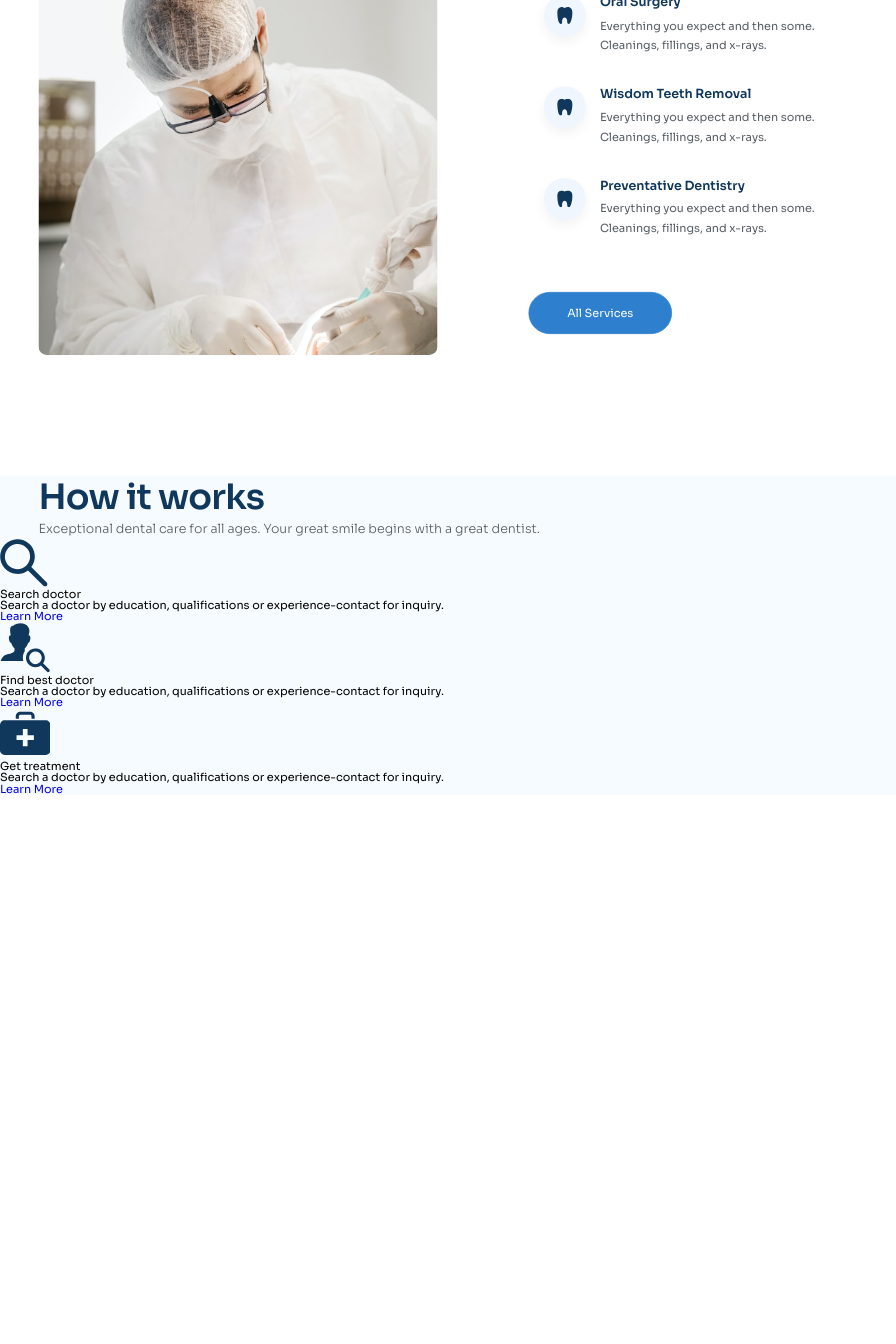
Repository: Tran-Dat/F8_Project_03
Page: index.html
These files come from the project's save history. The page is drawn as it stood at one moment and after the next save; the edit follows.
The browser window is 1280 px wide. The pictures show the part of the page from y = 1223 to 3143 px (the page is 3800 px tall), at 70% of full size.

Above is the page before, as saved 2023-04-03 15:41:21.

### index.html
<!DOCTYPE html>
<html lang="en">
    <head>
        <meta charset="UTF-8" />
        <meta http-equiv="X-UA-Compatible" content="IE=edge" />
        <meta name="viewport" content="width=device-width, initial-scale=1.0" />
        <title>shine smile</title>

        <!-- Favicon -->
        <link rel="apple-touch-icon" sizes="57x57" href="./assets/favicon/" />
        <link
            rel="apple-touch-icon"
            sizes="60x60"
            href="./assets/favicon/apple-icon-60x60.png"
        />
        <link
            rel="apple-touch-icon"
            sizes="72x72"
            href="./assets/favicon/apple-icon-72x72.png"
        />
        <link
            rel="apple-touch-icon"
            sizes="76x76"
            href="./assets/favicon/apple-icon-76x76.png"
        />
        <link
            rel="apple-touch-icon"
            sizes="114x114"
            href="./assets/favicon/apple-icon-114x114.png"
        />
        <link
            rel="apple-touch-icon"
            sizes="120x120"
            href="./assets/favicon/apple-icon-120x120.png"
        />
        <link
            rel="apple-touch-icon"
            sizes="144x144"
            href="./assets/favicon/apple-icon-144x144.png"
        />
        <link
            rel="apple-touch-icon"
            sizes="152x152"
            href="./assets/favicon/apple-icon-152x152.png"
        />
        <link
            rel="apple-touch-icon"
            sizes="180x180"
            href="./assets/favicon/apple-icon-180x180.png"
        />
        <link
            rel="icon"
            type="image/png"
            sizes="192x192"
            href="./assets/favicon/android-icon-192x192.png"
        />
        <link
            rel="icon"
            type="image/png"
            sizes="32x32"
            href="./assets/favicon/favicon-32x32.png"
        />
        <link
            rel="icon"
            type="image/png"
            sizes="96x96"
            href="./assets/favicon/favicon-96x96.png"
        />
        <link
            rel="icon"
            type="image/png"
            sizes="16x16"
            href="./assets/favicon/favicon-16x16.png"
        />
        <link rel="manifest" href="./assets/favicon/manifest.json" />
        <meta name="msapplication-TileColor" content="#ffffff" />
        <meta
            name="msapplication-TileImage"
            content="./assets/favicon/ms-icon-144x144.png"
        />
        <meta name="theme-color" content="#ffffff" />

        <!-- Emmet Fonts -->
        <link rel="preconnect" href="https://fonts.googleapis.com" />
        <link rel="preconnect" href="https://fonts.gstatic.com" crossorigin />
        <link
            href="https://fonts.googleapis.com/css2?family=Sora:wght@300;400;500;600;700;800&display=swap"
            rel="stylesheet"
        />

        <!-- Reset Css -->
        <link rel="stylesheet" href="./assets/css/reset.css" />
        <link rel="stylesheet" href="./assets/css/style.css" />
    </head>
    <body>
        <!-- Header -->
        <header class="header">
            <div class="container">
                <!-- Header top -->
                <div class="header-top">
                    <!-- Logo -->
                    <a href="/">
                        <div class="logo">
                            <span class="logo__circle"> </span>
                            <span class="logo__text">
                                <span class="logo__brand">Shine</span>
                                <span class="logo__brand logo__brand--small">
                                    smile
                                </span>
                            </span>
                        </div>
                    </a>

                    <!-- NavBar -->
                    <nav class="navbar">
                        <ul class="navbar__list">
                            <li class="navbar__item">
                                <a
                                    href="#!"
                                    class="navbar__link navbar__item--active"
                                >
                                    Home
                                </a>
                            </li>
                            <li class="navbar__item">
                                <a href="#!" class="navbar__link">Services</a>
                            </li>
                            <li class="navbar__item">
                                <a href="#!" class="navbar__link">About</a>
                            </li>
                            <li class="navbar__item">
                                <a href="#!" class="navbar__link">Doctors</a>
                            </li>
                        </ul>
                    </nav>

                    <!-- Action -->
                    <div class="header-action">
                        <a href="" class="header-action__login">Log In</a>
                        <button href="" class="btn header-action__signup">
                            Sign Up
                        </button>
                    </div>
                </div>

                <!-- Hero -->
                <section class="hero">
                    <!-- Hero content -->
                    <section class="hero__content">
                        <h1 class="hero__heading">
                            Exceptional dental care for all ages.
                        </h1>
                        <p class="hero__desc">
                            Exceptional dental care for all ages. Your great
                            smile begins with a great dentist.
                        </p>
                        <div class="hero__row">
                            <a href="" class="btn">Book Online</a>
                            <span class="hero__phone"
                                >or call (123) 456-7890</span
                            >
                        </div>
                    </section>

                    <!-- Hero media -->
                    <div class="hero__media">
                        <figure class="hero__images">
                            <img
                                src="./assets/img/hero-01.jpg"
                                alt=""
                                class="hero__img"
                            />
                            <img
                                src="./assets/img/hero-02.jpg"
                                alt=""
                                class="hero__img"
                            />
                        </figure>
                    </div>
                </section>
            </div>
        </header>

        <main style="height: 3000px">
            <!-- Service -->
            <section class="service">
                <div class="container">
                    <h2 class="service__heading section-heading">
                        Our services
                    </h2>
                    <p class="service__desc section-desc">
                        Exceptional dental care for all ages. Your great smile
                        begins with a great dentist.
                    </p>

                    <div class="service__row">
                        <figure>
                            <img
                                src="./assets/img/hero-01.jpg"
                                alt=""
                                class="service__img"
                            />
                        </figure>

                        <div>
                            <!-- Service List -->
                            <div class="service__list">
                                <!-- Service item 1 -->
                                <section class="service-item">
                                    <div class="service-item__icon">
                                        <!-- icon -->
                                        <svg
                                            width="22"
                                            height="24"
                                            viewBox="0 0 22 24"
                                            fill="none"
                                            xmlns="http://www.w3.org/2000/svg"
                                        >
                                            <path
                                                d="M20.3598 2.63964C17.9506 -0.556131 14.2772 -0.568132 11.2481 1.10682C11.001 1.24657 10.7219 1.31411 10.4406 1.30222C10.1592 1.29033 9.88633 1.19945 9.65105 1.03931C8.49552 0.245717 7.29036 -0.316477 5.13904 0.207462C0.623408 1.3071 0 4.90379 0 8.99816C0.0797353 12.1602 0.500857 15.3032 1.25551 18.3683C2.11836 22.0168 3.90382 24 5.43354 24C6.96326 24 7.00963 22.2204 7.00963 20.8016C7.00963 19.2009 7.39505 14.8009 10.8642 14.8009C13.5317 14.8009 14.3333 18.4013 14.3333 20.8016C14.3329 23.095 15.1722 24 16.6628 24C19.5267 24 20.9796 15.3938 21.3719 13.1237C21.7642 10.8535 22.9882 6.12569 20.3598 2.63964Z"
                                                fill="currentColor"
                                            />
                                        </svg>
                                    </div>

                                    <div class="service-item__body">
                                        <h3 class="service-item__heading">
                                            Oral Surgery
                                        </h3>
                                        <p class="service-item__desc">
                                            Everything you expect and then some.
                                            Cleanings, fillings, and x-rays.
                                        </p>
                                    </div>
                                </section>

                                <!-- Service item 2 -->
                                <section class="service-item">
                                    <div class="service-item__icon">
                                        <!-- icon -->
                                        <svg
                                            width="22"
                                            height="24"
                                            viewBox="0 0 22 24"
                                            fill="none"
                                            xmlns="http://www.w3.org/2000/svg"
                                        >
                                            <path
                                                d="M20.3598 2.63964C17.9506 -0.556131 14.2772 -0.568132 11.2481 1.10682C11.001 1.24657 10.7219 1.31411 10.4406 1.30222C10.1592 1.29033 9.88633 1.19945 9.65105 1.03931C8.49552 0.245717 7.29036 -0.316477 5.13904 0.207462C0.623408 1.3071 0 4.90379 0 8.99816C0.0797353 12.1602 0.500857 15.3032 1.25551 18.3683C2.11836 22.0168 3.90382 24 5.43354 24C6.96326 24 7.00963 22.2204 7.00963 20.8016C7.00963 19.2009 7.39505 14.8009 10.8642 14.8009C13.5317 14.8009 14.3333 18.4013 14.3333 20.8016C14.3329 23.095 15.1722 24 16.6628 24C19.5267 24 20.9796 15.3938 21.3719 13.1237C21.7642 10.8535 22.9882 6.12569 20.3598 2.63964Z"
                                                fill="currentColor"
                                            />
                                        </svg>
                                    </div>

                                    <div class="service-item__body">
                                        <h3 class="service-item__heading">
                                            Wisdom Teeth Removal
                                        </h3>
                                        <p class="service-item__desc">
                                            Everything you expect and then some.
                                            Cleanings, fillings, and x-rays.
                                        </p>
                                    </div>
                                </section>

                                <!-- Service item 3 -->
                                <section class="service-item">
                                    <div class="service-item__icon">
                                        <!-- icon -->
                                        <svg
                                            width="22"
                                            height="24"
                                            viewBox="0 0 22 24"
                                            fill="none"
                                            xmlns="http://www.w3.org/2000/svg"
                                        >
                                            <path
                                                d="M20.3598 2.63964C17.9506 -0.556131 14.2772 -0.568132 11.2481 1.10682C11.001 1.24657 10.7219 1.31411 10.4406 1.30222C10.1592 1.29033 9.88633 1.19945 9.65105 1.03931C8.49552 0.245717 7.29036 -0.316477 5.13904 0.207462C0.623408 1.3071 0 4.90379 0 8.99816C0.0797353 12.1602 0.500857 15.3032 1.25551 18.3683C2.11836 22.0168 3.90382 24 5.43354 24C6.96326 24 7.00963 22.2204 7.00963 20.8016C7.00963 19.2009 7.39505 14.8009 10.8642 14.8009C13.5317 14.8009 14.3333 18.4013 14.3333 20.8016C14.3329 23.095 15.1722 24 16.6628 24C19.5267 24 20.9796 15.3938 21.3719 13.1237C21.7642 10.8535 22.9882 6.12569 20.3598 2.63964Z"
                                                fill="currentColor"
                                            />
                                        </svg>
                                    </div>

                                    <div class="service-item__body">
                                        <h3 class="service-item__heading">
                                            Preventative Dentistry
                                        </h3>
                                        <p class="service-item__desc">
                                            Everything you expect and then some.
                                            Cleanings, fillings, and x-rays.
                                        </p>
                                    </div>
                                </section>
                            </div>

                            <a href="" class="btn">All Services</a>
                        </div>
                    </div>
                </div>
            </section>

            <!-- Work -->
            <section class="work">
                <div class="container">
                    <h2 class="section-heading">How it works</h2>
                    <p class="section-desc">
                        Exceptional dental care for all ages. Your great smile
                        begins with a great dentist.
                    </p>
                </div>

                <!-- Work List -->
                <div class="work__list">
                    <!-- work item 1 -->
                    <section class="work-item">
                        <img
                            src="./assets/icon/search.svg"
                            alt="search"
                            class="work-item__icon"
                        />
                        <h3 class="work-item__heading">Search doctor</h3>
                        <p class="work-item__desc">
                            Search a doctor by education, qualifications or
                            experience-contact for inquiry.
                        </p>
                        <a href="#!" class="work__more">Learn More</a>
                    </section>

                    <!-- work item 2 -->
                    <section class="work-item">
                        <img
                            src="./assets/icon/search-use.svg"
                            alt="search"
                            class="work-item__icon"
                        />
                        <h3 class="work-item__heading">Find best doctor</h3>
                        <p class="work-item__desc">
                            Search a doctor by education, qualifications or
                            experience-contact for inquiry.
                        </p>
                        <a href="#!" class="work__more">Learn More</a>
                    </section>

                    <!-- work item 3 -->
                    <section class="work-item">
                        <img
                            src="./assets/icon/bag.svg"
                            alt="search"
                            class="work-item__icon"
                        />
                        <h3 class="work-item__heading">Get treatment</h3>
                        <p class="work-item__desc">
                            Search a doctor by education, qualifications or
                            experience-contact for inquiry.
                        </p>
                        <a href="#!" class="work__more">Learn More</a>
                    </section>
                </div>
            </section>
        </main>
    </body>
</html>

### assets/css/style.css
* {
    box-sizing: border-box;
}

:root {
    --header-bg: #10375c;
}

html {
    font-size: 62.5%;
}

body {
    font-size: 1.6rem;
    font-family: "Sora", sans-serif;
}

/* ================================================================ Common ================================================================ */

.btn {
    --height: 60px;

    display: inline-block;
    min-width: 205px;
    height: var(--height);
    padding: 0 20px;
    border-radius: 99px;
    border: 1px solid #2e80ce;
    font-size: 1.6rem;
    font-weight: 400;
    text-align: center;
    line-height: var(--height);
    color: #fff;
    background: #2e80ce;
}

.btn:hover {
    opacity: 0.9;
    cursor: pointer;
}

a {
    text-decoration: none;
}

.container {
    width: 1170px;
    max-width: calc(100% - 48px);
    margin: 0 auto;
}

.section-heading {
    font-weight: 600;
    font-size: 5rem;
    line-height: 1.2;
    letter-spacing: -0.02em;
    color: #10375c;
}

.section-desc {
    font-weight: 300;
    font-size: 1.8rem;
    line-height: 1.67;
    color: #575f66;
}

/* ================================================================ Header ================================================================ */

.header {
    min-height: 100vh;
    background: var(--header-bg);
    padding-top: 30px;
}

.header-top {
    display: flex;
    justify-content: space-between;
    align-items: center;
}

.logo {
    display: inline-flex;
    position: relative;
    font-size: 1rem;
}

.logo__circle::before,
.logo__circle::after {
    content: "";
    display: inline-block;
    border-radius: 50%;
}

.logo__circle::before {
    width: 3em;
    height: 3em;
    background: #2e80ce;
}

.logo__circle::after {
    position: absolute;
    top: 1.1em;
    left: 1.1em;
    width: 1.6em;
    height: 1.6em;
    background: #fff;
}

.logo__text {
    margin-left: 0.6em;
    text-align: right;
    line-height: 1.6em;
}

.logo__brand {
    display: block;
    font-size: 1.8em;
    font-weight: 400;
    color: #fff;
}

.logo__brand--small {
    font-size: 1.2em;
    font-weight: 300;
}

.navbar__list {
    display: flex;
}

.header-action__login,
.navbar__link {
    padding: 4px 21px;
    font-weight: 300;
    font-size: 1.6rem;
    line-height: 1.75;
    color: #c9d2da;
}

.navbar__link:hover,
.navbar__item--active {
    text-shadow: 1px 0 0 currentColor;
    color: #fff;
}

.navbar__item--active::before {
    position: relative;
    left: -8px;
    top: -2px;
    content: "";
    display: inline-block;
    width: 6px;
    height: 6px;
    border-radius: 50%;
    background-color: #fff;
}

.header-action {
    display: flex;
    align-items: center;
}

.header-action__login {
    margin-right: 7px;
}

.header-action__signup {
    --height: 44px;
    height: var(--height);
    min-width: 104px;
}

/* ========================================== Hero =========================================== */

.hero {
    margin-top: 76px;
    display: flex;
    align-items: center;
    padding-bottom: 110px;
}

/*           Hero content             */
.hero__content {
    flex-shrink: 0;
    width: 44%;
}

.hero__heading {
    font-weight: 600;
    font-size: 7rem;
    line-height: 1.14;
    letter-spacing: -0.02em;
    color: #ffffff;
}

.hero__desc {
    margin-top: 22px;
    font-weight: 300;
    font-size: 1.8rem;
    line-height: 1.67;
    color: #c9d2da;
}

.hero__row {
    display: flex;
    align-items: center;
    margin-top: 38px;
}

.hero__phone {
    margin-left: 38px;
    font-size: 1.8rem;
    line-height: 1.67;
    color: #ffffff;
}

/*           Hero media             */
.hero__media {
    flex-grow: 1;
}

.hero__images {
    display: flex;
    justify-content: flex-end;
    align-items: center;
}

.hero__img {
    width: 330px;
    height: 540px;
    border-radius: 6px;
    object-fit: cover;
}

.hero__img:first-child {
    position: relative;
    margin-right: -6px;
}

.hero__img:last-child {
    width: 210px;
    height: 410px;
}

/* ================================================================ Service ================================================================ */

.service {
    padding: 170px 0;
}

.service__heading,
.service__desc {
    text-align: center;
}

.service__desc {
    max-width: 468px;
    margin-left: auto;
    margin-right: auto;
}

.service__row {
    display: flex;
    justify-content: space-between;
    align-items: center;
    margin-top: 70px;
}

.service__img {
    height: 570px;
    width: 570px;
    object-fit: cover;
    border-radius: 12px;
}

/*******************service item*******************/
.service-item {
    display: flex;
    padding: 22px;
    width: 470px;
    background: #ffffff;
    border-radius: 10px;
    transition: 0.3s;
}

.service-item:hover {
    position: relative;
    box-shadow: 0px 14px 28px rgba(0, 0, 0, 0.05);
}

.service-item:hover .service-item__icon {
    background: #2e80ce;
    color: #fff;
}

.service-item__icon {
    display: flex;
    align-items: center;
    justify-content: center;
    flex-shrink: 0;
    width: 60px;
    height: 60px;
    background: #eff6fd;
    color: #10375c;
    box-shadow: 0px 8px 16px rgba(0, 0, 0, 0.05);
    border-radius: 50px;
}

.service-item__body {
    margin-left: 20px;
}

.service-item__heading {
    font-weight: 600;
    font-size: 1.8rem;
    line-height: 1.27;
    color: #10375c;
}

.service-item__desc {
    margin-top: 8px;
    font-size: 1.6rem;
    line-height: 1.75;
    color: #575f66;
}

.service__row .btn {
    margin-top: 55px;
}

/* ========================================== Work =========================================== */

.work {
    background: #f6fbff;
}

Loaded but not shown: assets/css/reset.css (common file)

After the next save:
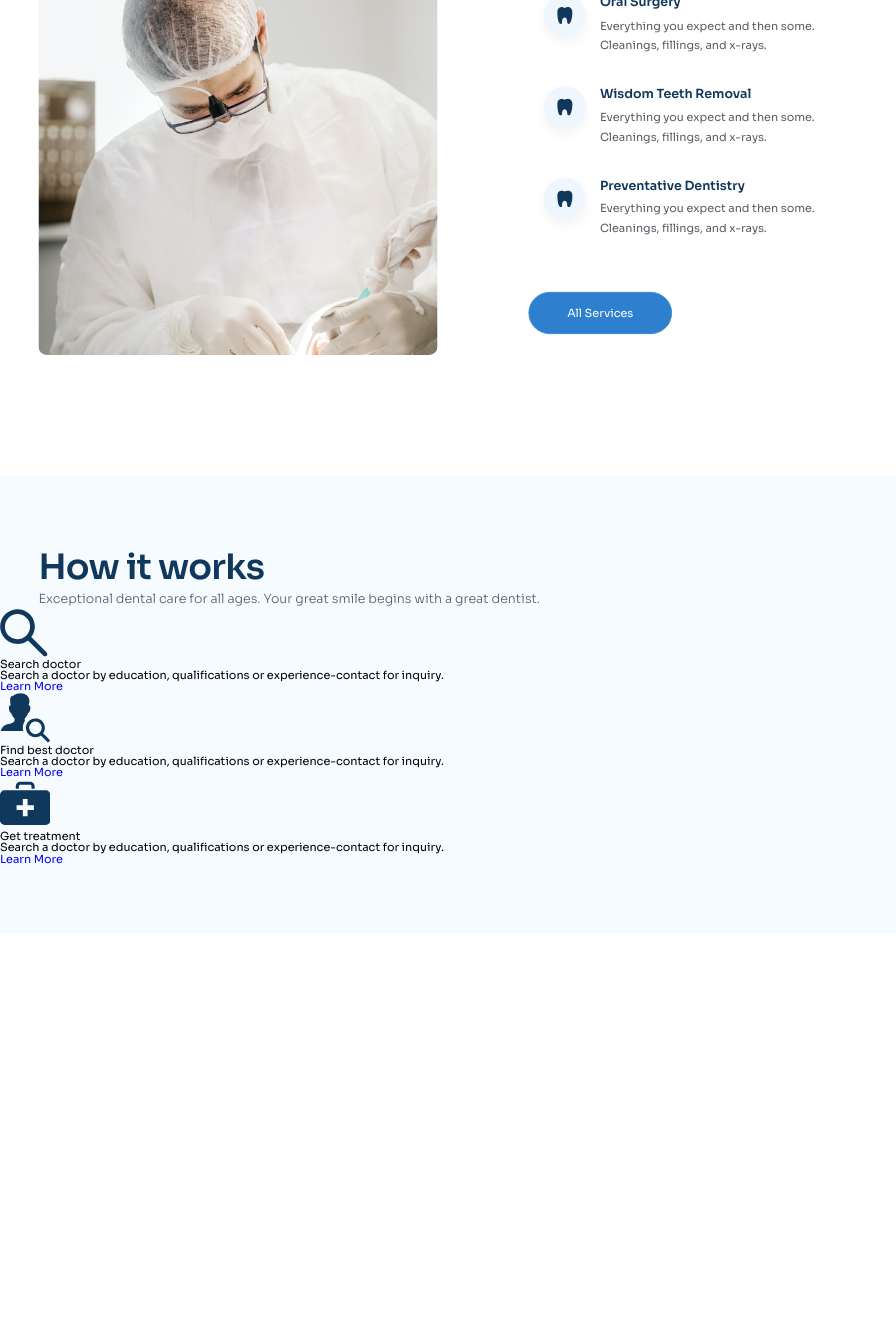
Saved 49 s later.
--- a/assets/css/style.css
+++ b/assets/css/style.css
@@ -332,4 +332,5 @@ a {
 
 .work {
     background: #f6fbff;
-}
+    padding: 100px 0;
+}
